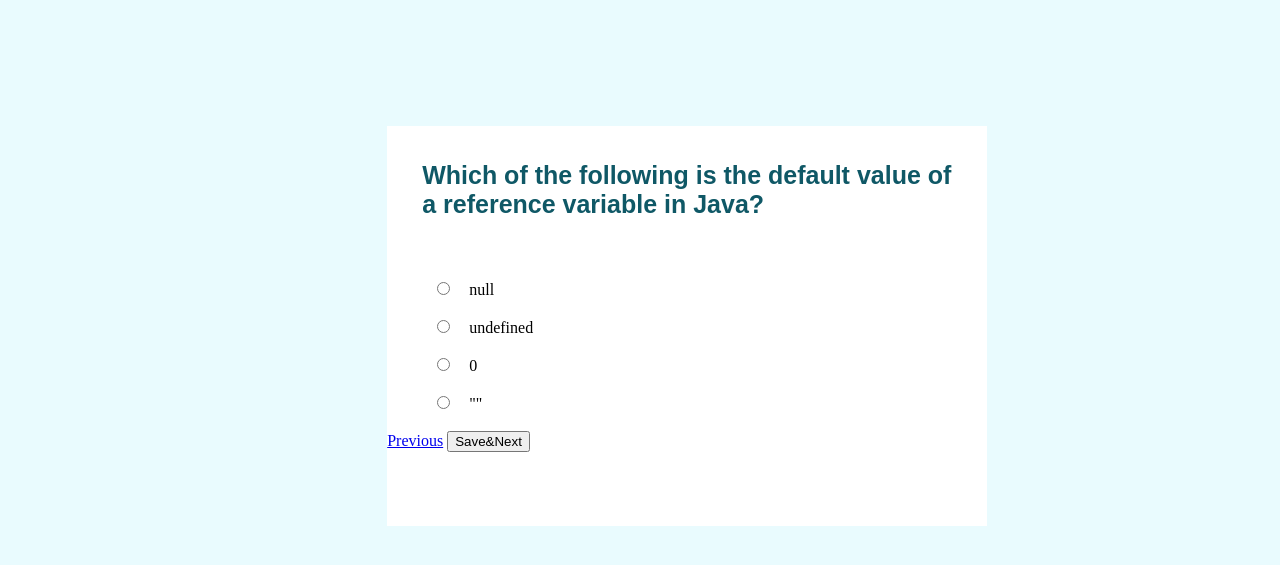
Repository: Rupali-8062Chourasiya5279/Internship_Task_Rupali
Page: Programming Language/quiz/QuizApp/src/main/webapp/Third.html
An editor plug-in stored every save of this project. The page is shown before and after the next save, followed by the edit.
The browser window is 1280 px wide. The pictures show the whole page.

Above is the page before, as saved 2025-01-24 13:58:45.

After the next save:
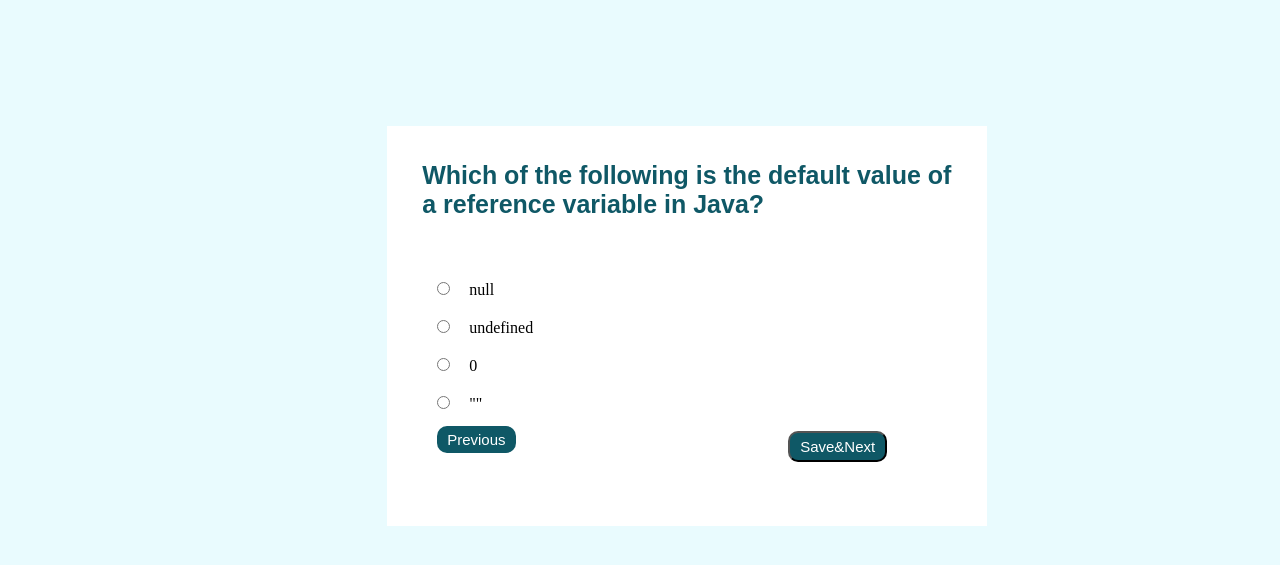
Saved 3 s later.
--- a/Programming Language/quiz/QuizApp/src/main/webapp/Third.html
+++ b/Programming Language/quiz/QuizApp/src/main/webapp/Third.html
@@ -65,8 +65,8 @@ margin-top: 10%;
 	<input class="c1"  type="radio" name="q3" value="undefined">&emsp;undefined</input><br><br>
 	<input  class="c1" type="radio" name="q3" value="0">&emsp;0</input><br><br>
 	<input class="c1"  type="radio" name="q3" value="">&emsp;""</input><br><br>
-	<a href="Second.html">Previous</a>
-	<input type="submit" value="Save&Next">
+	<a  id = "a" href="Second.html">Previous</a>
+	<input  id = "sub" type="submit" value="Save&Next">
 	</div>
 	</form>
 </body>
